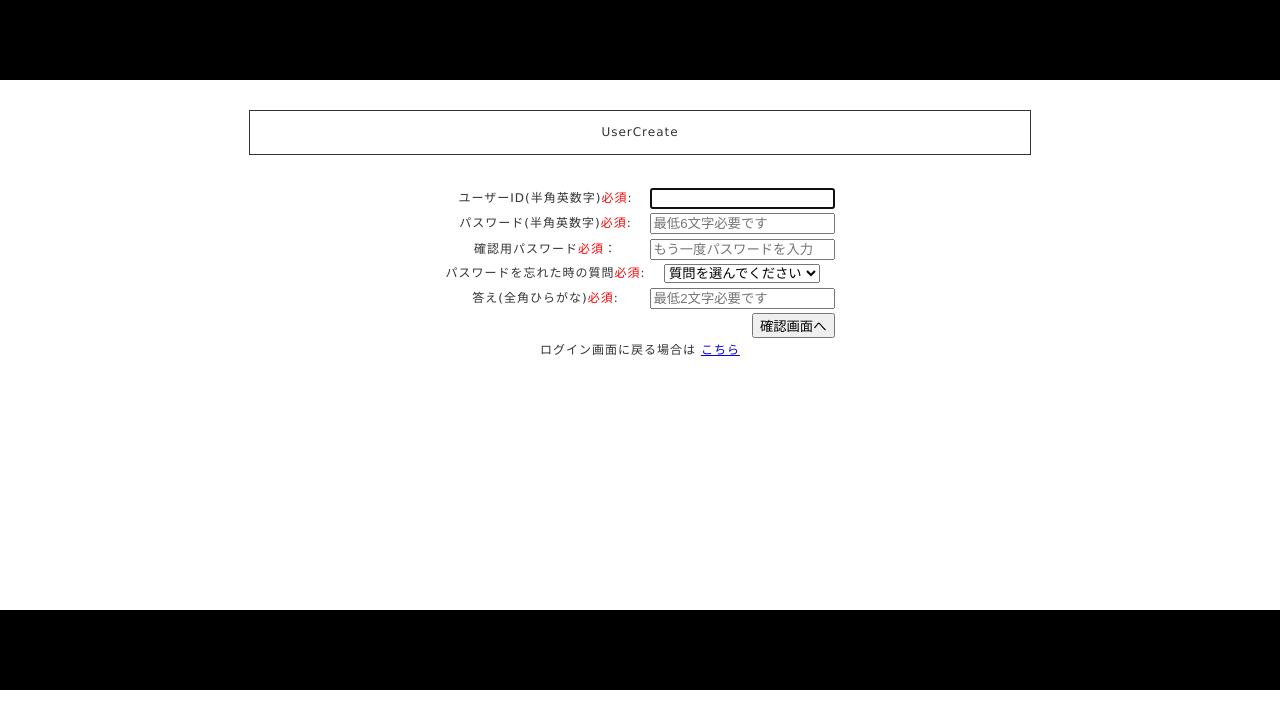
Repository: y321sudo/test2
Page: http://localhost/Yukazon/UserCreateAction.action
The author's editor kept a copy of each file at every save. The page is drawn from the files as they stood at one save, then again after the next save.
The browser window is 1280 px wide. The pictures show the whole page.
The page is served by Tomcat 9. Other server files are loaded and not shown.

Above is the page before, as saved 2018-02-21 05:14:03.

### Yukazon/WebContent/userCreate.jsp
<%@ page language="java" contentType="text/html; charset=UTF-8" pageEncoding="UTF-8"%>
<%@ taglib prefix="s" uri="/struts-tags"%>
<!DOCTYPE html>
<html>
<head>
	<meta http-equiv="Content-Type" content="text/html; charset=utf-8" />
	<meta http-equiv="Content-Style-Type" content="text/css" />
	<meta http-equiv="Content-Script-Type" content="text/javascript" />
	<meta http-equiv="imagetoolbar" content="no" />
	<meta name="description" content="" />
	<meta name="keywords" content="" />

	<title>新規ユーザー登録画面</title>
	<style type="text/css">
/* ========TAG LAYOUT======== */
	body {
		margin:0;
		padding:0;
		line-height:1.6;
		letter-spacing:1px;
		font-family:Verdana, Helvetica, sans-serif;
		font-size:12px;
		color:#333;
		background:#fff;
	}
	table {
		text-align:center;
		margin:0 auto;
	}
/* ========ID LAYOUT======== */
	#top {
		width:780px;
		margin:30px auto;
		border:1px solid #333;
	}
	#header {
		width: 100%;
		height: 80px;
		background-color: black;
	}
	#main {
		width: 100%;
		height: 500px;
		text-align: center;
	}
	#footer {
		width: 100%;
		height: 80px;
		background-color: black;
		clear:both;
	}
	</style>
</head>

<!-- ↓body↓↓↓↓↓↓↓↓↓↓↓↓↓↓↓↓ -->
<body>
	<div id="header">
		<div id="pr">
		</div>
	</div>
	<div id="main">
		<div id="top">
		<p>UserCreate</p>
		</div>
		<div>
<!-- ↓UserCreateConfirmActionのErrorMassageが表示される -->
			<s:if test="errorMassage != ''">
				<s:property value="errorMassage" escape="false"/>
			</s:if>
			<table>
<!-- ↓"入力確認へ"ボタンを押すと"UserCreateConfirmAction"へ -->
			<s:form action="UserCreateConfirmAction">
				<tr>
					<td>
						<label>ユーザーID(半角英数字)<font color="red">必須</font>:</label>
					</td>
					<td>
<!-- IDの入力制限:半角英数字のみ、入力必須項目(required) -->
						<input type="text" name="loginUserId" pattern="^[0-9A-Za-z]+$" title="半角英数字でご入力ください。" required autofocus />
					</td>
				</tr>
				<tr>
					<td>
						<label>	パスワード(半角英数字)<font color="red">必須</font>:</label>
					</td>
					<td>
<!-- パスワードの入力制限:半角英数字6文字以上、入力必須項目 -->
						<input type="password" name="loginPassword" placeholder="最低6文字必要です" pattern=".{6,}" title="半角英数字6文字以上でご入力ください。" required/>
					</td>
				</tr>
				<tr>
					<td>
						<label>確認用パスワード<font color="red">必須</font>：</label>
					</td>
					<td>
						<input type="password" name="checkLoginPassword" placeholder="もう一度パスワードを入力" pattern=".{6,}" title="半角英数字6文字以上でご入力ください。" required/>
					</td>
				</tr>

				<tr>
					<td>
						<label>パスワードを忘れた時の質問<font color="red">必須</font>:</label>
					</td>
					<td>
						<select name="secretQuestion">
							<option value="1" selected="selected">質問を選んでください</option>
							<option value="2">好きな食べ物は？</option>
							<option value="3">小学校の名前は？</option>
							<option value="4">母親の旧姓は？</option>
						</select>
					</td>
				</tr>
				<tr>
					<td>
						<label>答え(全角ひらがな)<font color="red">必須</font>:</label>
					</td>
					<td>
<!-- 答えの入力制限:全角ひらがな2文字以上、入力必須項目 -->
						<input type="text" name="secretAnswer" placeholder="最低2文字必要です" pattern="^[ぁ-ん]+$" title="全角ひらがなでご入力ください。" required />
					</td>
				</tr>
					<s:submit value="確認画面へ"/>
			</s:form>

			</table>
			<div>
				<span>ログイン画面に戻る場合は</span>
				<a href="http://localhost:8080/Yukazon/home.jsp">こちら</a>
			</div>
		</div>
	</div>
	<div id="footer">
		<div id="pr">
		</div>
	</div>
</body>
</html>

After the next save:
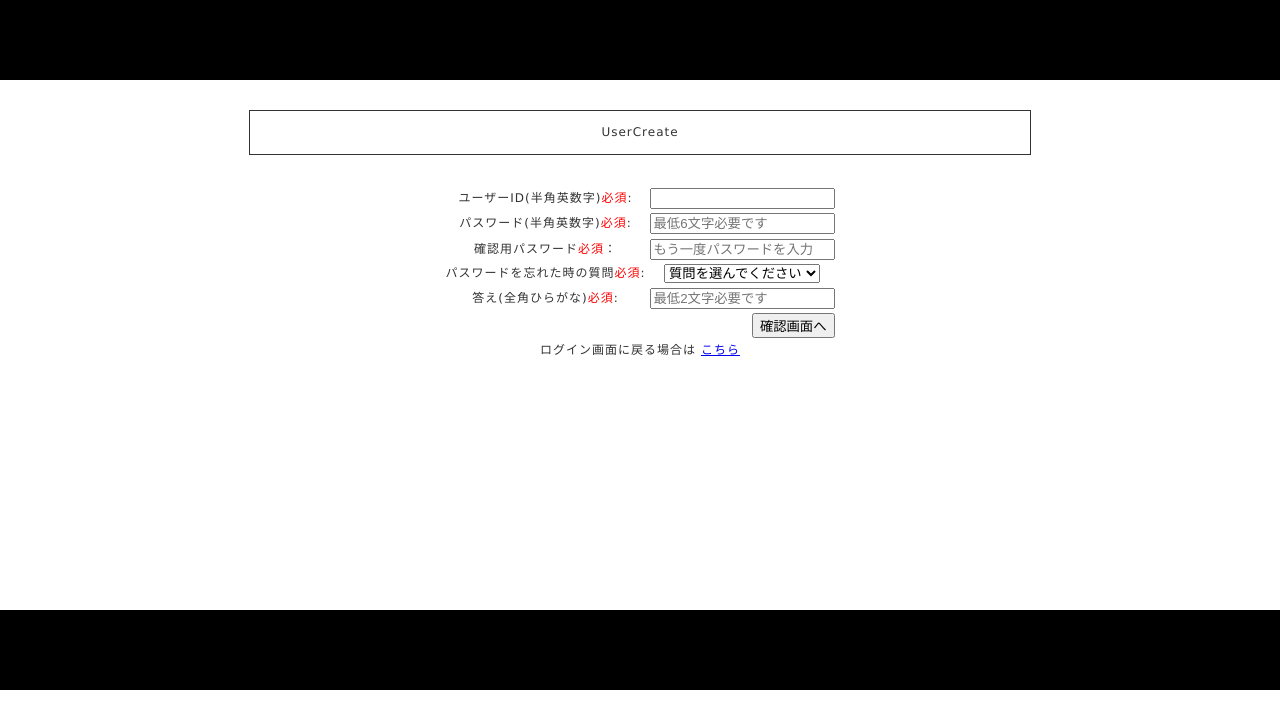
Saved 18 min 42 s later.
--- a/Yukazon/WebContent/userCreate.jsp
+++ b/Yukazon/WebContent/userCreate.jsp
@@ -76,7 +76,7 @@
 					</td>
 					<td>
 <!-- IDの入力制限:半角英数字のみ、入力必須項目(required) -->
-						<input type="text" name="loginUserId" pattern="^[0-9A-Za-z]+$" title="半角英数字でご入力ください。" required autofocus />
+						<input type="text" name="loginUserId" pattern="^[0-9A-Za-z]+$" title="半角英数字でご入力ください。" required />
 					</td>
 				</tr>
 				<tr>
